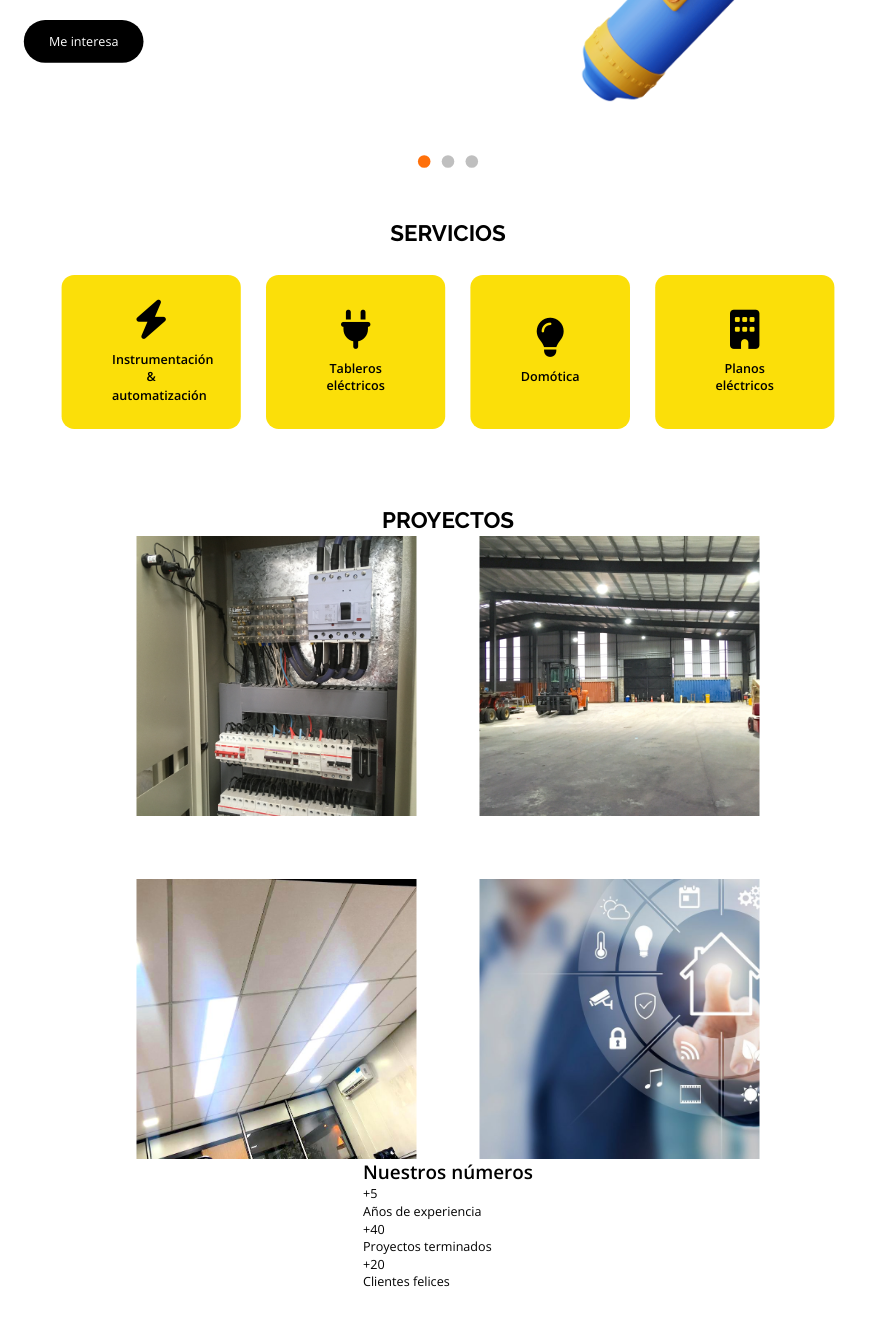
Repository: jeraldinnemg/rjelectronics
Page: index.html
An editor plug-in stored every save of this project. The page is shown before and after the next save, followed by the edit.
The browser window is 1280 px wide. The pictures show the part of the page from y = 424 to 2344 px (the page is 2644 px tall before and 2500 px after), at 70% of full size.
Some web libraries are served in a nearby version.

Above is the page before, as saved 2022-07-27 17:33:52.

### index.html
<!DOCTYPE html>
<html lang="en">
<head>
    <meta charset="UTF-8">
    <meta http-equiv="X-UA-Compatible" content="IE=edge">
    <meta name="viewport" content="width=device-width, initial-scale=1.0">
    <link rel="shortcut icon" href="favicon.ico" type="image/x-icon">
    <!-- Google fonts -->
    <link rel="preconnect" href="https://fonts.googleapis.com">
    <link rel="preconnect" href="https://fonts.gstatic.com" crossorigin>
<link href="https://fonts.googleapis.com/css2?family=Open+Sans:wght@300;400;500;600&family=Raleway:wght@300;400;500;600;700;800&display=swap" rel="stylesheet">
<link rel="stylesheet" href="https://cdnjs.cloudflare.com/ajax/libs/font-awesome/6.1.1/css/all.min.css" integrity="sha512-KfkfwYDsLkIlwQp6LFnl8zNdLGxu9YAA1QvwINks4PhcElQSvqcyVLLD9aMhXd13uQjoXtEKNosOWaZqXgel0g==" crossorigin="anonymous" referrerpolicy="no-referrer" />
    <!-- Custom system -->
    <link rel="stylesheet" href="index.css">
    <script src="https://kit.fontawesome.com/05b8218d7f.js" crossorigin="anonymous"></script>


    <script src="navigation.js" defer></script>
    <script src="tabs.js" defer></script>

    <title>RJ Electronics</title>
</head>
<body>
    <header class="primary-header flex">
            <a href="#">
                <img class="logo" width="50px" height="50px"src="/img/logo.svg" alt="">
            </a>
            <button class="mobile-nav-toggle" aria-controls="primary-navigation"><span class="sr-only" aria-expanded="false">Menu</span></button>
            <nav >
                <ul class="primary-navigation flex" data-visible="false">
                    <li><a href="#" class="uppercase text-dark ff-serif">Acerca de</a></li>
                    <li><a href="#" class="uppercase text-dark ff-serif">Servicios</a></li>
                    <li><a href="#" class="uppercase text-dark ff-serif">Proyectos</a></li>
                    <li><a href="#" class="uppercase text-dark ff-serif">Contacto</a></li>
                </ul>
            </nav>
    </header>

    <main class="grid-container grid-container--home">
        <section class="hero">
            <div class="container flex">
                <!-- CTA-1 -->
                <article class="" id="lampara-tab" role="tabpanel" tabindex="0">
                    <h1 class="ff-serif fs-700">Ofrecemos Soluciones Electrónicas Integrales para tu hogar</h1>
                    <p class="ff-sans fs-400">Diseñamos y construimos una solución para cualquier necesidad, falla o problema electrónico industrial, comercial o residencial.</p>
                    <a href="#" class="button"><span>Me interesa</span></a>
                </article>
                <!-- CTA-2 -->
                <article hidden class="" id="destornillador-tab" role="tabpanel" tabindex="0">
                    <h2 class="ff-serif fs-700">Creamos espacios luminosos a tu medida</h2>
                    <p class="ff-sans fs-400">Nos encargamos de calcular los lumens necesarios para que obtengas un espacio con luz de calidad.</p>
                    <a href="#" class="button"><span>Ver más</span></a>
                </article>
                <!-- CTA-3 -->
                <article hidden class="" id="interruptor-tab" role="tabpanel" tabindex="0">
                    <h2 class="ff-serif fs-700">Creamos ambientes inteligentes</h2>
                    <p class="ff-sans fs-400">Nos encargamos de automatizar espacios y lugares de manera fácil y rápida.</p>
                    <a href="#" class="button"><span>Me interesa</span></a>
                </article>
                <picture class= "hero__image" id="lampara-image">
                    <img src="/img/lampara.png" alt="lampara" >
                </picture>
                <picture class= "hero__image" hidden id="destornillador-image">
                    <img src="/img/destornillador.png" alt="destornillador">
                </picture>
                <picture class= "hero__image" hidden id="interruptor-image">
                    <img src="/img/interruptor.png" alt="interruptor">
                </picture>
            </div>
            <!-- Dots -->
            <div class="dot-indicators flex" role="tablist" aria-label="services list">
                <button aria-selected="true" aria-controls="lampara-tab" data-image="lampara-image" role="tab" tabindex="0"><span class="sr-only">Lampara</span></button>
                <button aria-selected="false" aria-controls="destornillador-tab" data-image="destornillador-image" role="tab" tabindex="-1"><span class="sr-only">destornillador</span></button>
                <button aria-selected="false" aria-controls="interruptor-tab" data-image="interruptor-image" role="tab" tabindex="-1"><span class="sr-only">Interruptor</span></button>
            </div>
        </section>

        <section class="services">
            <h2 class="ff-serif fs-600 uppercase">Servicios</h2>
            <div class="container">
                <article class="card flex">
                    <i class="fa-solid fa-bolt fs-700"></i>
                    <div class="card-body">
                        <h2 class="card-title fs-400">Instrumentación & automatización</h2>

                    </div>
                </article>
                <article class="card flex">
                    <i class="fa-solid fa-plug fs-700 "></i>
                    <div class="card-body">
                        <h2 class="card-title fs-400">Tableros eléctricos</h2>

                    </div>
                </article>
                <article class="card flex">
                    <i class="fa-solid fa-lightbulb fs-700"></i>
                    <div class="card-body">
                        <h2 class="card-title fs-400">Domótica</h2>

                    </div>
                </article>
                <article class="card flex">
                    <i class="fa-solid fa-building  fs-700"></i>
                    <div class="card-body">
                        <h2 class="card-title fs-400">Planos eléctricos</h2>

                    </div>
                </article>
        </div>
        </section>
        <section class="projects">
            <h2 class="ff-serif fs-600 uppercase">Proyectos</h2>
            <div class="projects-container grid">
                <article class="project" style="background-image: url('/img/servicio-electricidad.JPG')">
                    <div class="project-overlay">
                    <h2 class="overlay-text fs-500 uppercase" >Tablero eléctrico</h2>
                    </div>
                    <!-- <p>Diseñamos y construimos tableros electrónicos a tu medida.</p> -->
                </article>
                <article class="project" style="background-image: url('/img/trabajos-iluminacion-galpon.JPG')">
                    <div class="project-overlay">
                        <h2 class="overlay-text fs-500 uppercase">Iluminación industrial</h2>
                    </div>
                    <!-- <p>Instalamos luminaria e iluminación en galpones industriales.</p> -->
                </article>
                <article class="project" style="background-image: url('/img/iluminacion-oficinas.jpeg') ">
                    <div class="project-overlay">
                        <h2 class="overlay-text fs-500 uppercase">Iluminación de oficina</h2>
                    </div>
                    <!-- <p>Iluminamos espacios corporativos y residenciales.</p> -->
                </article>
                <article class="project" style="background-image: url('/img/servicios-domotica.jpg') ">
                    <div class="project-overlay">
                        <h2 class="overlay-text fs-500 uppercase">Domótica en casa</h2>
                    </div>
                    <!-- <p>Realizamos mantenimiento y reparación de equipos industriales, comerciales y residenciales.</p> -->
                </article>
        </div>
        </section>
        <section>
            <h2>Nuestros números</h2>
            <div class="container"></div>
            <div>
                <span>+5</span>
                <p>Años de experiencia</p>
            </div>
            <div>
                <span>+40</span>
                <p>Proyectos terminados</p>
            </div>
            <div>
                <span>+20</span>
                <p>Clientes felices</p>
            </div>
        </section>

    </main>


    <footer class="flex">
        <a href="#">
            <img class="logo" width="50px" height="50px"src="/img/logo.svg" alt="">
        </a>
        <div class="col">
            <h3>Contacto</h3>
                <p>hola@rjelectronic.com</p>
                <p>1150329541</p>
        </div>
        <div class="col">
            <h3>RRSS</h3>
                <p>hola@rjelectronic.com</p>
                <p>1150329541</p>
                <p>Content</p>
        </div>
    </footer>

</body>
</html>

### index.css
/* ----------------------- */
/* --Custom properties---- */
/* ----------------------- */

:root {
   /*colors*/
   --clr-dark: 0 0% 0%;
   --clr-main: 53 97% 51%;
   --clr-secondary: 25 100% 52%;
   --clr-white: 0 0% 100%;


/*font-sizes*/
--fs-1000: 9.375rem; /*150x*/
--fs-900: 6.25rem; /*100px*/
--fs-800: 4.5rem; /*72px*/
--fs-700: 3.5rem; /*56px*/
--fs-600: 2rem; /*32px*/
--fs-500: 1.75rem; /*28px*/
--fs-400: 1.125rem; /*18px*/
--fs-300: 1rem; /*16px*/
--fs-200: 0.875rem; /*14px*/

/*font-family*/
--ff-serif: "Raleway", serif;
--ff-sans: "Open sans", sans-serif;


}

.uppercase {
    text-transform: uppercase;
}

/* -------------- */
/* -----RESET---- */
/* -------------- */

*,
*::before,
*::after {
    box-sizing: border-box;
}

/* Reset margins */
h1,
h2,
h3,
h4,
h5,
body,
p,
picture,
figure {
    margin:0;
}

/* Set up the body  */

body {
    font-family: var(--ff-sans);
    font-size: var(--fs-400);
    color:hsl(var(--clr-dark));
    line-height: 1.4;
    min-height: 100vh;

    display: grid;
    grid-template-rows: min-content 1fr;

    overflow-x:hidden;
}

/* Make images easier to work */
img,
picture {
    max-width: 100%;
}

/* Make form elements easier to work*/
input,
select,
button,
textarea {
    font: inherit;
}

/* Remove all animations, transitions and smooth scroll for people that prefer not to see them (Accesibility Recourse piccali.li*/
@media (prefers-reduced-motion: reduce) {
    html:focus-within {
     scroll-behavior: auto;
    }

    *,
    *::before,
    *::after {
      animation-duration: 0.01ms !important;
      animation-iteration-count: 1 !important;
      transition-duration: 0.01ms !important;
      scroll-behavior: auto !important;
    }
  }

/* ------------------ */
/* -UTILITY CLASES-- */
/* ----------------- */

.flex {
    display: flex;
    gap: var(--gap, 1rem);
}

.grid {
    display: grid;
    gap: var(--gap, 1rem);
}

.container {
    padding-inline: 1em;
    margin-inline: auto;
    max-width: 80rem;

    display: flex;
    flex-direction: column;
}

.dot-indicators{
    justify-content: center;
}

.hero{
    margin-top: 2em;
}


.sr-only {
    position: absolute;
    width: 1px;
    height: 1px;
    padding: 0;
    margin: -1px;
    overflow: hidden;
    clip: rect (0,0,0,0);
    white-space: nowrap; /*added line*/
    border: 0;
}

/*Colors */

.bg-dark { background-color: hsl(var(--clr-dark));}
.bg-yellow {background-color: hsl(var(--clr-yellow));}
.bg-white { background-color: hsl(var(--clr-white));}

.text-dark { color: hsl(var(--clr-dark));}
.text-dark { color: hsl(var(--clr-dark));}
.text-dark { color: hsl(var(--clr-dark));}

/*Typography */

.ff-serif {font-family: var(--ff-serif);}
.ff-sans {font-family: var(--ff-sans);}

.letter-spacing-1  {letter-spacing: 4.75px;}
.letter-spacing-2  {letter-spacing: 2.7px;}
.letter-spacing-1  {letter-spacing: 2.35px;}

.fs-900 {font-size: var(--fs-900);}
.fs-800 {font-size: var(--fs-800);}
.fs-700 {font-size: var(--fs-700);}
.fs-600 {font-size: var(--fs-600);}
.fs-500 {font-size: var(--fs-500);}
.fs-400 {font-size: var(--fs-400);}
.fs-300 {font-size: var(--fs-300);}
.fs-200 {font-size: var(--fs-200);}

.fw-400 {font-weight: 400;}
.fw-500 {font-weight: 500;}

/* --------------- */
/* Utility classes */
/* --------------- */

/* General */

.flex {
    display: flex;
    gap: var(--gap, 1rem);
}

.flex.even-columns > * {
    width: 100%;
}

.grid {
    display: grid;
    gap: var(--gap, 1rem);
}

.d-block {
    display: block;
}

/* ----------------- */
/* ---COMPONENT----- */
/* ----------------- */

/* Primary header */

.logo{
    margin: 1.5rem clamp(1.5rem, 5vw, 4rem);
}

.primary-header{
    align-items:center;
    justify-content: space-between;
    background-color: hsl(var(--clr-main));
}

.primary-navigation{
    --gap: clamp(1.5rem, 5vw, 3.5rem);
    list-style: none;
    text-decoration: none;
    padding: 0;
    margin:0;
}

.primary-navigation a, footer a{
    text-decoration: none;
    margin-right: 1em;
}

.mobile-nav-toggle{
    display: none;
}

@media(max-width:35em){
    .primary-navigation{
        --underline-gap: 0.5rem;
        position: fixed;
        inset: 0 0 0 20%;
        z-index:1000;
        padding: min(20rem, 15vh);
        margin:0;
        z-index:1000;
        list-style: none;
        flex-direction: column;
        background-color: hsl(var(--clr-main));
        transform: translateX(100%);
        transition: transform ease-in-out;

    }

    .primary-navigation[data-visible='true']{
        transform: translateX(0);
    }

    .mobile-nav-toggle {
        display: block;
        position: absolute;
        z-index:2000;
        right: 2rem;
        top: 2rem;
        background: transparent;
        background-image: url(/img/icon-hamburger.svg);
        background-repeat:no-repeat;
        background-position: center;
        width: 1.5rem;
        aspect-ratio:1;
        border: 0;
        cursor: pointer;
    }

    .mobile-nav-toggle[aria-expanded='true']{
        background-image: url(/img/icon-close.svg);
    }

    .mobile-nav-toggle:focus-visible{
        outline:5px solid white;
        outline-offset: 5px;
    }
}

@media (min-width: 35em){
    .primary-navigation{
        padding-inline: clamp(3rem, 7vw, 7rem);
    }
}

@media(min-width: 45em){
    .primary-navigation{
        margin-block:2rem;
    }
}



/* ---------- */
/* Button     */
/* --------- */

 .button {
    display: inline-flex;
	background: hsl(var(--clr-dark));
    padding: 1em 2em;
    border-radius: 2em;
    color: hsl(var(--clr-white));
	position: relative;
    text-decoration: none;
    transition: 0.3s ease all;
	position:relative;
	overflow:hidden;
    margin-top: 1.5em;
}

.button span {
	position:relative;
	z-index:2;
	transition: 0.3s ease all;
}

.button::after {
	content: "";
	width: 100%;
	height:100%;
	background: hsl(var(--clr-secondary));
	position: absolute;
	z-index: 1;
	top: -80px;
	left: 0;
	transition: 0.3s ease-in-out all;
}

.button:hover::after{
	top:0;
	}
/* ---------- */
/* Dots     */
/* --------- */

.dot-indicators > * {
        cursor: pointer;
        border: 0;
        border-radius: 50%;
        padding: .5em;
        background-color: hsl(var(--clr-dark)/ .25) ;
 }

.dot-indicators > *:hover,
.dot-indicators > *:focus {
        background-color: hsl(var(--clr-secondary)/ .5);
    }

.dot-indicators > [aria-selected="true"] {
        background-color: hsl( var(--clr-secondary) / 1);
    }

/* ---------- */
/* Card     */
/* --------- */
.card{
    background-color: hsl( var(--clr-main));
    padding: 2em 4em;
    margin: 2em 0em;
    border-radius: 1em;
    flex-direction: column;
}

i:hover{
    color: hsl( var(--clr-secondary));
}

.services, .projects{
    text-align: center;
    margin-top: 4em;
}

/* -------------------------*/
/* -------projects ----------- */
/* -------------------------*/

.projects-container{
    grid-template-columns: repeat(1, 1fr);
}

.projects-container >article{
    position: relative;
    min-width: 400px;
    min-height: 400px;
    background-size: cover;
    background-repeat: no-repeat;
    background-position: center center;
}

.projects .project .project-overlay{
    width: 0%;
	height: 100%;
	position: absolute;
	bottom: 0;
	left: 0;
	right: 0;
	background: hsl( var(--clr-main));
	overflow: hidden;
	transition: .5s ease;
}

.projects .project:hover .project-overlay {
    width: 100%;
    opacity: 0.6;
}

.overlay-text {
	top: 50%;
	left: 50%;

	position: absolute;
	white-space: nowrap;
	color: hsl(var(--clr-dark));
	transform: translate(-50%, -50%);
	overflow: hidden;
	border-top: 1px solid #fff;
	border-bottom: 1px solid #fff;
}




/* -------------------------*/
/* -------footer ----------- */
/* -------------------------*/
footer{
    background-color: hsl( var(--clr-main));
    color: hsl( var(--clr-dark));
    padding: 2em 0em;
}

footer p{
    font-family: var(--ff-sans-normal);
    font-size: var(--fs-100);
    margin-bottom: 1em;

}

footer h3{
    font-size: var(--fs-300);
    color: var(--clr-secundary);
    margin-bottom: 0.5em;
}

footer div:first-child{
    align-items: flex-start;
}

/* -------------------------*/
/* -------Layout----------- */
/* -------------------------*/

.grid-container {
    display: grid;
    text-align: center;
    place-items:center;
    padding-inline: 1rem;
    padding-bottom: 4rem;
}

.grid-container  p:not([class]) {
    max-width: 50ch;
}


@media (min-width: 45em){
    .grid-container {
        text-align: left;
        column-gap: var(--container-gap, 2rem);
        grid-template-columns: minmax(1rem, 1fr)
        repeat (2, minmax((0, 30rem)) minmax(1rem, 1fr));
    }
    .grid-container--home {
        padding-bottom: max(6rem, 20vh);
        align-items: left;
    }
    .container {
        flex-direction: row;
        gap: 2em;
    }

    .hero__image{
        max-width: 40%;
    }

    .card{
        max-width: 20vw;
        flex-direction: column;
        justify-content: center;
    }

    .projects-container{
        grid-template-columns: repeat(2, 1fr);
        gap: 5em;
        border-radius: 10em;;
    }













}

### navigation.js
// javascript

const nav = document.querySelector(".primary-navigation");
const navToggle = document.querySelector('.mobile-nav-toggle');


// when someone clicks the hamburguer button

navToggle.addEventListener('click', () => {

// if the nav is closed, open it

    const visibility = nav.getAttribute("data-visible");

    if (visibility === 'false') {
        nav.setAttribute('data-visible', true);
        navToggle.setAttribute('aria-expanded', true);
    } else {
        nav.setAttribute('data-visible', false);
        navToggle.setAttribute('aria-expanded', false);

    }
});

Loaded but not shown: tabs.js (81 lines, source omitted)

After the next save:
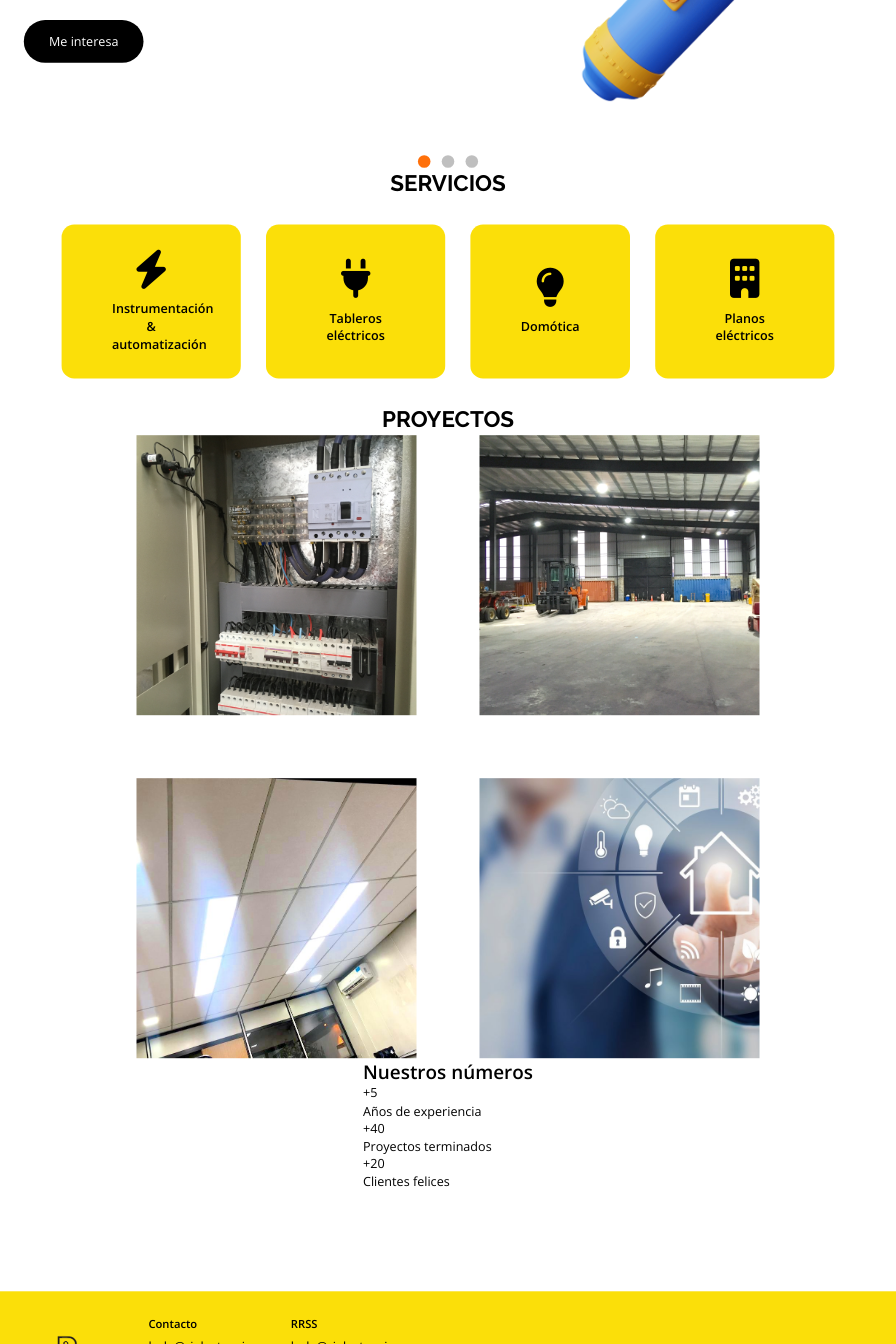
Saved 106 s later.
--- a/index.css
+++ b/index.css
@@ -370,7 +370,7 @@
 
 .services, .projects{
     text-align: center;
-    margin-top: 4em;
+    margin-top: 4em 2em;
 }
 
 /* -------------------------*/

After the save that followed:
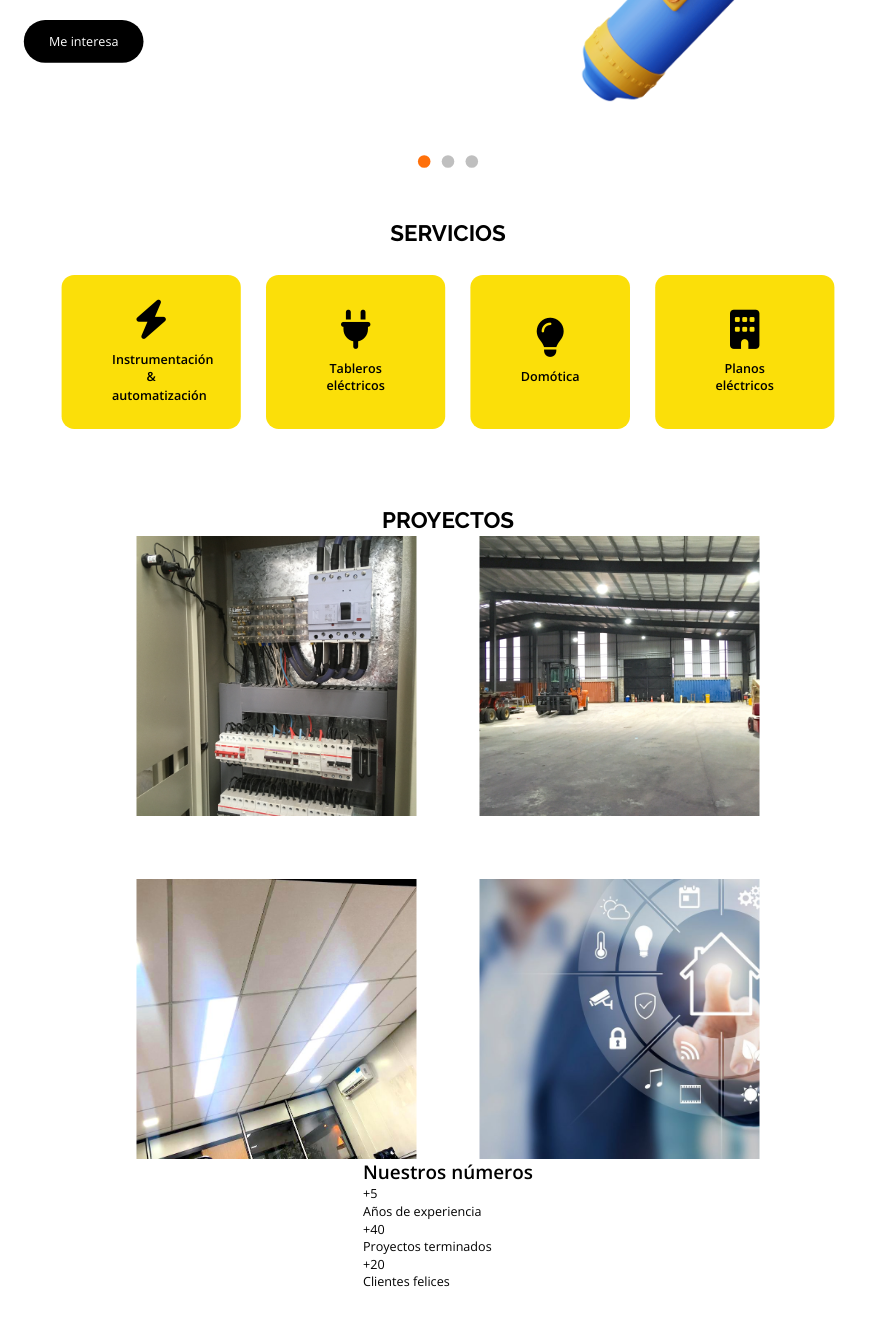
Saved 5 s later.
--- a/index.css
+++ b/index.css
@@ -370,7 +370,7 @@
 
 .services, .projects{
     text-align: center;
-    margin-top: 4em 2em;
+    margin-top: 4em;
 }
 
 /* -------------------------*/
